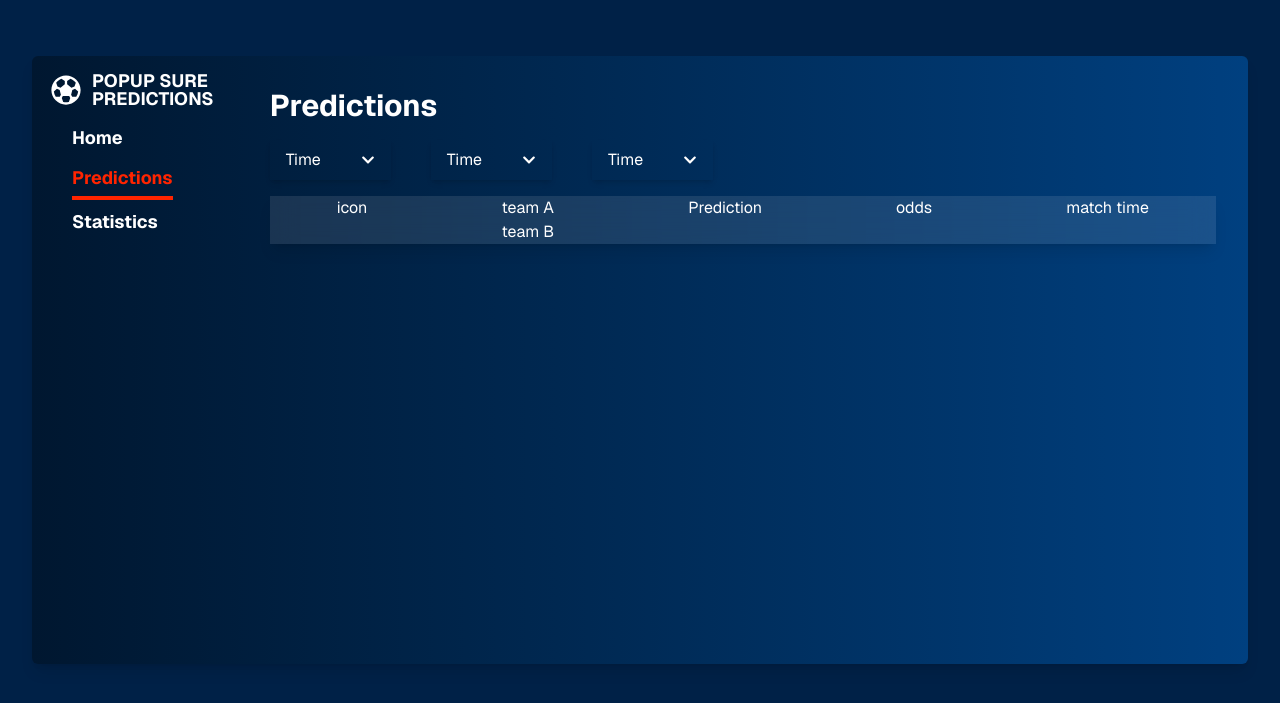
Repository: prototypedave/AlgoFooty
Page: /predictions (app in frontend/algo-footy/)
These files come from the project's save history. The page is drawn as it stood at one moment and after the next save; the edit follows.
The browser window is 1280 px wide. The pictures show the whole page.
The project was rebuilt for these pictures with package versions that can differ from the ones it lists, and the page was loaded fresh each time. The framework's server and built-in components were replaced by stand-ins that run in the browser. Also part of the build but not shown: frontend/algo-footy/next.config.ts.

Above is the page before, as saved 2025-11-03 08:05:40.

After the next save:
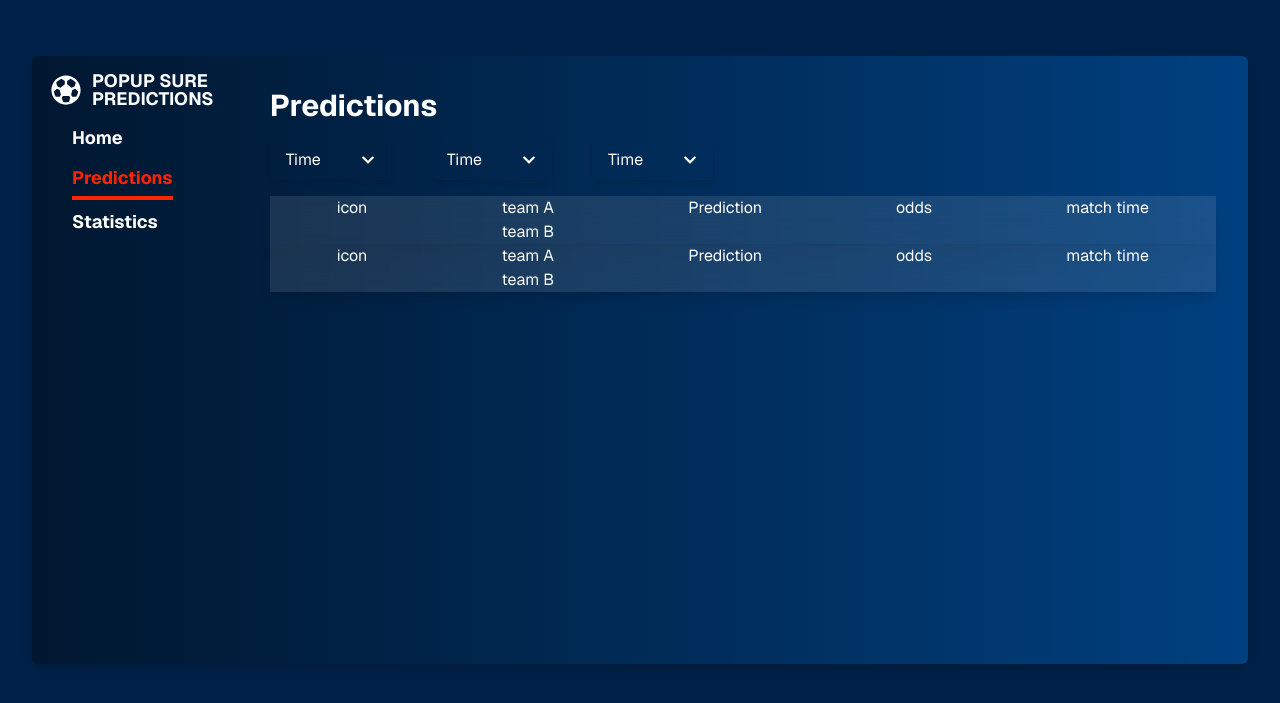
Saved 26 s later.
--- a/frontend/algo-footy/app/predictions/page.tsx
+++ b/frontend/algo-footy/app/predictions/page.tsx
@@ -55,6 +55,16 @@ export default function Predictions() {
                                 <div>odds</div>
                                 <div>match time</div>
                             </li>
+                            <li className="flex bg-white/10 backdrop-blur-md w-full shadow-lg justify-around">
+                                <p>icon</p>
+                                <div>
+                                    <p>team A</p>
+                                    <p>team B</p>
+                                </div>
+                                <p>Prediction</p>
+                                <div>odds</div>
+                                <div>match time</div>
+                            </li>
                         </ol>
                     </div>
                 </div>
